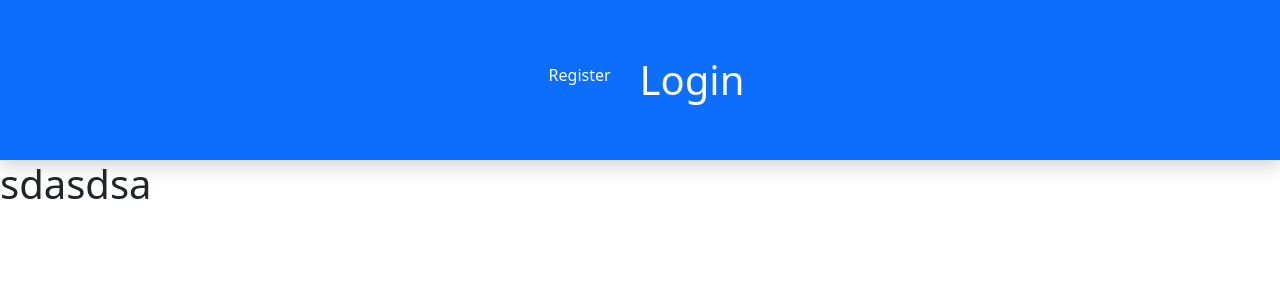
Repository: loveleii/firebase-login-logout
Page: /
The author's editor kept a copy of each file at every save. The page is drawn from the files as they stood at one save, then again after the next save.
The browser window is 1280 px wide. The pictures show the whole page.
The project was rebuilt for these pictures with package versions that can differ from the ones it lists, and the page was loaded fresh each time. Also part of the build but not shown: vite.config.ts, src/views/loginView.vue, src/assets/main.css.

Above is the page before, as saved 2023-03-04 19:27:05.

### src/main.js
import { createApp } from 'vue'
import { createPinia } from 'pinia'

import App from './App.vue'
import router from './router'
import "bootstrap/dist/css/bootstrap.min.css"
import bootstrap from "bootstrap/dist/js/bootstrap.bundle.js"

import './assets/main.css'

const app = createApp(App)

app.use(createPinia())
app.use(router)

app.mount('#app')

### src/App.vue
<script setup lang="ts">
import { RouterLink, RouterView } from 'vue-router'

</script>

<template>
  <div>
        <header class="bg-primary p-5 shadow">
            <div class="container_header">
                <div class="d-flex">
                    <RouterLink to="/" style="text-decoration: none;"><h1 class="text-white m-2 btn btn-primary">Register</h1></RouterLink>
                    <RouterLink to="/login" style="text-decoration: none;"><h1 class="text-white m-2">Login</h1></RouterLink>
                </div>
            </div>
        </header>
    </div>

  <RouterView />
</template>

<style>
.container_header{
  display: grid;
  place-content: center;
}
</style>

### src/router/index.js
import { createRouter, createWebHistory } from 'vue-router'
import registerView from '../views/registerView.vue'
import loginView from '../views/loginView.vue'

const router = createRouter({
  history: createWebHistory(import.meta.env.BASE_URL),
  routes: [
    {
      path: '/',
      name: 'reg',
      component: registerView
    },
    {
      path: '/login',
      name: 'log',
      component: loginView
    },

  ]
})

export default router

### src/views/registerView.vue
<template>
    <div>
        <h1>sdasdsa</h1>
    </div>
</template>

<script>


</script>

Loaded but not shown: index.html (common file)

After the next save:
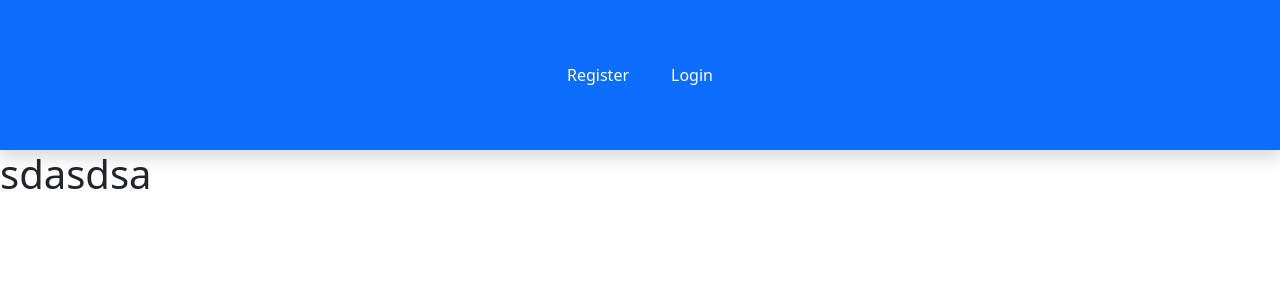
Saved 13 s later.
--- a/src/App.vue
+++ b/src/App.vue
@@ -9,7 +9,7 @@ import { RouterLink, RouterView } from 'vue-router'
             <div class="container_header">
                 <div class="d-flex">
                     <RouterLink to="/" style="text-decoration: none;"><h1 class="text-white m-2 btn btn-primary">Register</h1></RouterLink>
-                    <RouterLink to="/login" style="text-decoration: none;"><h1 class="text-white m-2">Login</h1></RouterLink>
+                    <RouterLink to="/login" style="text-decoration: none;"><h1 class="text-white m-2 btn btn-primary">Login</h1></RouterLink>
                 </div>
             </div>
         </header>
